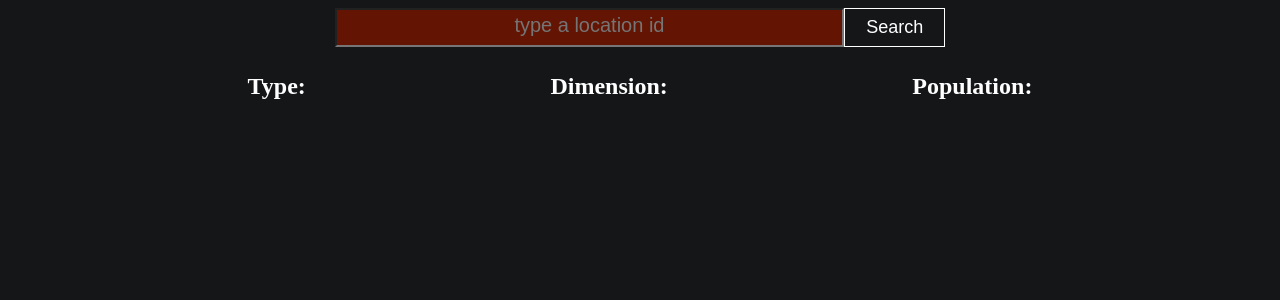
Repository: RobertAries28/ApiRickyMortin
Page: /
The author's editor kept a copy of each file at every save. The page is drawn from the files as they stood at one save, then again after the next save.
The browser window is 1280 px wide. The pictures show the whole page.
The page's requests for data from a server got no answer. The project was rebuilt for these pictures with package versions that can differ from the ones it lists, and the page was loaded fresh each time. No one was signed in, and anything a server would have sent is missing. Also part of the build but not shown: src/ResidentInfo.js.

Above is the page before, as saved 2022-04-29 10:02:35.

After the next save:
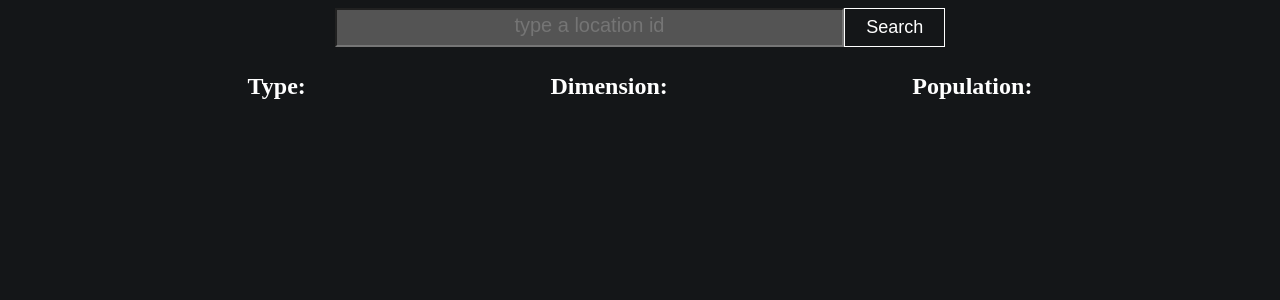
Saved 35 s later.
--- a/src/index.css
+++ b/src/index.css
@@ -77,7 +77,7 @@ body{
 .searchBox input{
   width: 40%;
   padding: 10px 0;
-  background: #641402
+  background: #545454
   ;
 }
 
